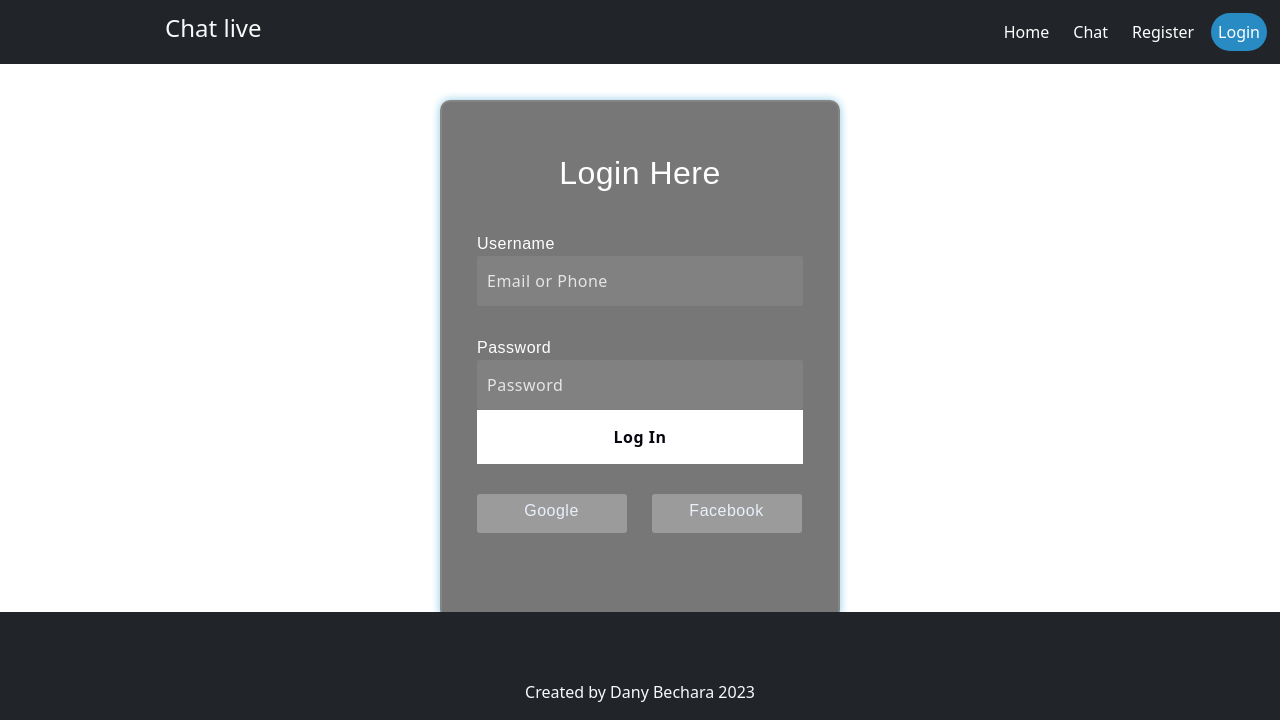
Repository: bechara611/chatv2
Page: /login
These files come from the project's save history. The page is drawn as it stood at one moment and after the next save; the edit follows.
The browser window is 1280 px wide. The pictures show the whole page.
The project was rebuilt for these pictures with package versions that can differ from the ones it lists, and the page was loaded fresh each time. Also part of the build but not shown: src/index.css, src/auth/components/register.jsx, src/ui/components/Home.jsx.

Above is the page before, as saved 2023-03-03 10:12:06.

### src/index.js
import React from 'react';
import ReactDOM from 'react-dom/client';
import './index.css';
import App from './App';
import { BrowserRouter } from 'react-router-dom';
import 'bootstrap/dist/css/bootstrap.min.css'
import 'bootstrap/dist/js/bootstrap.bundle.js'

const root = ReactDOM.createRoot(document.getElementById('root'));
root.render(
  <BrowserRouter>
    <App />
    </BrowserRouter>
);

### src/App.js
import React from 'react'
import { Rutas } from './Router/Routes';
import { Header } from './ui/components/Header';
import './App.css'
import { Footer } from './ui/components/Footer';
const App = () => {
  return (
    <>
      <div className="contenedor-completo">
        <Header></Header>
        <Rutas></Rutas>
       <Footer></Footer>

      </div>
    </>
  )
}
export default App;

### src/Router/Routes.jsx
import React from 'react'
import { Navigate, Route, Routes } from 'react-router-dom'
import { Login } from '../auth/components/login'
import { Register } from '../auth/components/register'
import { Home } from '../ui/components/Home'

export const Rutas = () => {

    return (

        <Routes>
            <Route path='/' element={<Home></Home>}></Route>
            <Route path='/login' element={<Login></Login>}></Route>
            <Route path='/register' element={<Register></Register>}></Route>
            <Route path='/chat' element={<h1>chat</h1>}></Route>
            <Route path='/*' element={<Navigate to={'/'}></Navigate>}></Route>
        </Routes>

    )
}

### src/ui/components/Header.jsx
import React from 'react'
import { NavLink } from 'react-router-dom'
import './Header.css'
export const Header = () => {
  return (
    <>

      <div className=" bg-dark contenedor-header col-12">
        <div className="titulo-header col-sm-4 col-12">
          <h4 className='text-light'>Chat live</h4>

        </div>
        <div className="col-sm-8 col-12  contenedor-menu">
          <nav className=' m-2 nav'>

            <NavLink className={ ({isActive}) => `item-menu  ${ isActive ? 'activeLink':'' }` } to={'/'} >Home</NavLink>
            <NavLink className={ ({isActive}) => `item-menu  ${ isActive ? 'activeLink':'' }` } to={'/chat'} >Chat</NavLink>
            <NavLink className={ ({isActive}) => `item-menu  ${ isActive ? 'activeLink':'' }` } to={'/register'} >Register</NavLink>
            <NavLink className={ ({isActive}) => `item-menu  ${ isActive ? 'activeLink':'' }` } to={'/login'} >Login</NavLink>
            </nav>
        </div>




      </div>
    </>

  )
}

### src/App.css
.contenedor-completo{
    min-height: 100vh;
   position: relative;
}

### src/ui/components/Footer.jsx
import React from 'react'
import './Footer.css'


let linkdn="https://linkedin.com/in/DanyBechara";
let correo="mailto:bechara611@gmail.com";
let blank='_blank';
let github='https://github.com/bechara611';
let whatssap='https://wa.me/584120361952';

export const Footer = () => {
  return (
    <>
      {/*Aca este footer le estamos colocando una posicion absolute y a su padre relativa para poder ubicarlo al final de su div padre */}
      <div className="footer col-12 mt-5 pt-1 bg-dark">
      <a href={linkdn} target={blank} className='animate__animated animate__lightSpeedInLeft'><i className=" linkdin fa-brands fa-linkedin iconoRedes"></i></a>
      <a href={whatssap} target={blank}  className='animate__animated animate__lightSpeedInLeft'><i className="whatssap fa-brands fa-whatsapp iconoRedes"></i></a>
      <a href={correo} target={blank}  className='animate__animated animate__lightSpeedInLeft'><i className="gmail fa-solid  fa-envelope iconoRedes"></i></a>
      <a href={github} target={blank}  className='  animate__animated animate__lightSpeedInLeft'><i className=" github fa-brands fa-github iconoRedes"></i></a>

     <div className="col-12 contenedor-mensaje-footer mt-1">
     <div className="col-12 contenedor-mensaje-footer">
     <p className='mensaje text-light'>Created by Dany Bechara {new Date().getFullYear().toString()}</p>
     </div>

     </div>
      </div>
    </>

  )
}

### src/auth/components/login.jsx
import React from 'react'
import './login.css'
export const Login = () => {
    return (
        <>

            <form>
                <h3>Login Here</h3>

                <label htmlFor="username">Username</label>
                <input type="text" placeholder="Email or Phone" id="username"></input>

                <label htmlFor="password">Password</label>
                <input type="password" placeholder="Password" id="password"></input>

                <button>Log In</button>
                <div className="social">
                    <div className="go"><i className="fab fa-google"></i>  Google</div>
                    <div className="fb"><i className="fab fa-facebook"></i>  Facebook</div>
                </div>
            </form>

        </>
    )
}

### src/ui/components/Header.css
.contenedor-header{
    display: flex;
    flex-direction: row;
    flex-wrap: wrap;
}
.titulo-header{
    text-align: center;
    padding: 5px;
    display: flex;
    flex-direction: row;
    justify-content: center;
    align-items: center;
    align-self: center;
}
.contenedor-menu{
    display: flex;
    flex-direction: row;
    flex-wrap: nowrap;
    justify-content: flex-end;

}
.item-menu{
   margin: 5px;
   text-decoration: none;
   color: white;
  transition: all 1s ease;
   padding: 7px;
   border-radius: 20px;
}
.activeLink{
    background: rgb(40, 139, 196);
}
.item-menu:hover{
    text-decoration: none;
    background: rgb(40, 139, 196);
    color: white;
}

@media(max-width:577px){
.contenedor-menu{
        justify-content: center;
        text-align: center;
        align-self: center;
        align-items: center;
        flex-wrap: nowrap;
    }
    .nav{
        justify-content: center;
        text-align: center;
        align-self: center;
        align-items: center;
        flex-wrap: nowrap;
    }
    .item-menu{
    padding: 0px;
    }
}

### src/ui/components/Footer.css
.footer {

    background: #e5e5e5;
    position: absolute;
    bottom: 0%;
    display: flex;
    flex-direction: row;
    justify-content: center;
    text-align: center;
    align-items: center;
    justify-items: center;
    flex-wrap: wrap;

}


.iconoRedes {
    font-size: 40px;
    padding-left: 10px;
    margin: 5px;

}

.github:hover {
    color: #4b3074;

}
.github{
    color: #6e5494;
}

.whatssap:hover {
    color: #0c903c;
}
.whatssap{
    color: #25d366;

}

.gmail:hover {
    color: #e65f5f;
}

.gmail{
    color: #cc0000;
}

.linkdin:hover {
    color: #0780ac;
}

.linkdin{
    color: #0377a1;
}

.contenedor-mensaje-footer {
    display: flex;
    flex-direction: row;
    justify-content: center;
    text-align: center;
    align-items: center;
    justify-items: center;
}

/*?RESPONSIVE*/

@media(max-width:255px) {
    .iconoRedes {
        font-size: 30px;
        padding-left: 5px;
    }

    .mensaje {
        font-size: 10px;
    }
}

### src/auth/components/login.css
*,
*:before,
*:after{
    padding: 0;
    margin: 0;
    box-sizing: border-box;
}


form{
    height: 520px;
    width: 400px;
    background-color: rgb(29, 29, 29,.6);
    position: absolute;
    transform: translate(-50%,-50%);
    top: 50%;
    left: 50%;
    border-radius: 10px;
    backdrop-filter: blur(10px);
    border: 2px solid rgba(255,255,255,0.1);
    box-shadow: 0 0 10px rgba(142, 201, 228, 1);
    padding: 50px 35px;
}
form *{
    font-family: 'Poppins',sans-serif;
    color: #ffffff;
    letter-spacing: 0.5px;
    outline: none;
    border: none;
}
form h3{
    font-size: 32px;
    font-weight: 500;
    line-height: 42px;
    text-align: center;
}

label{
    display: block;
    margin-top: 30px;
    font-size: 16px;
    font-weight: 500;
}
input{
    display: block;
    height: 50px;
    width: 100%;
    background-color: rgba(255,255,255,0.07);
    border-radius: 3px;
    padding: 0 10px;
    margin-top: 8px;
    font-size: 14px;
    font-weight: 300;
}
::placeholder{
    color: #e5e5e5;
}
button{
    margin-top: 50px;
    width: 100%;
    background-color: #ffffff;
    color: #080710;
    padding: 15px 0;
    font-size: 18px;
    font-weight: 600;
    border-radius: 5px;
    cursor: pointer;
}
.social{
  margin-top: 30px;
  display: flex;
}
.social div{
  background: red;
  width: 150px;
  border-radius: 3px;
  padding: 5px 10px 10px 5px;
  background-color: rgba(255,255,255,0.27);
  color: #eaf0fb;
  text-align: center;
}
.social div:hover{
  background-color: rgba(255,255,255,0.47);
}
.social .fb{
  margin-left: 25px;
}
.social i{
  margin-right: 4px;
}

After the next save:
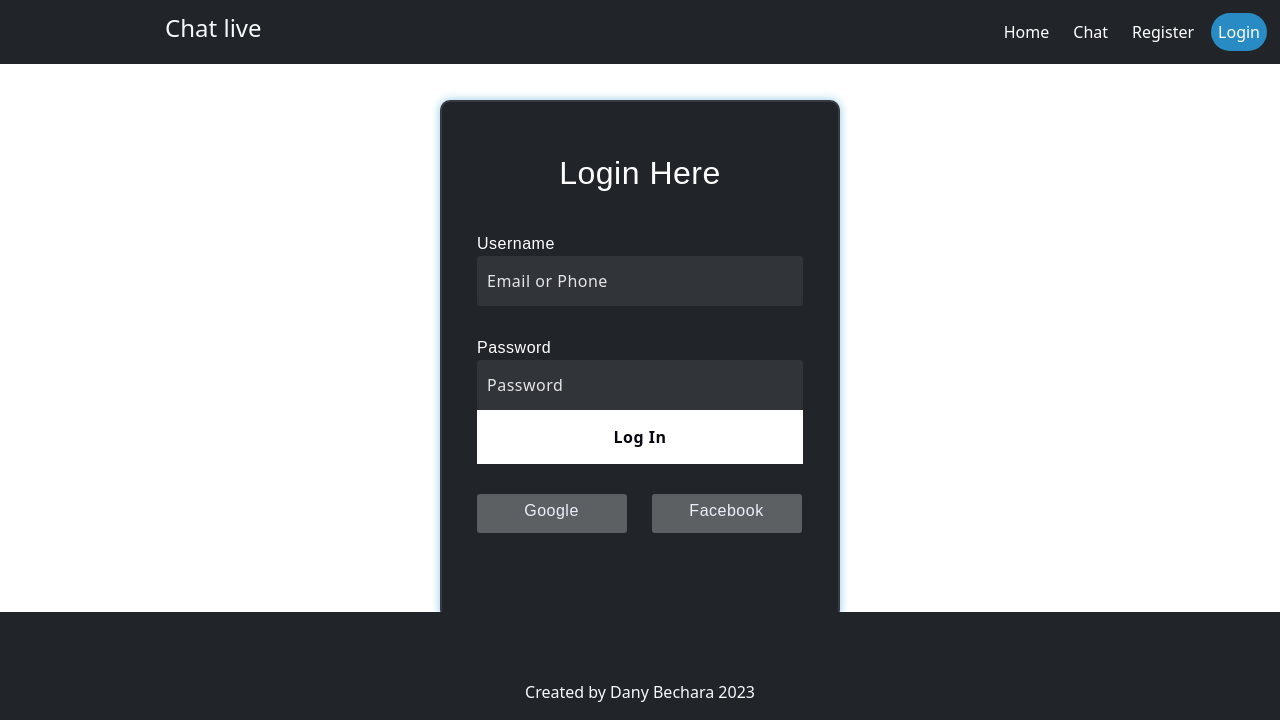
Saved 15 s later.
--- a/src/auth/components/login.jsx
+++ b/src/auth/components/login.jsx
@@ -4,7 +4,7 @@ export const Login = () => {
     return (
         <>
 
-            <form>
+            <form className='bg-dark'>
                 <h3>Login Here</h3>
 
                 <label htmlFor="username">Username</label>
